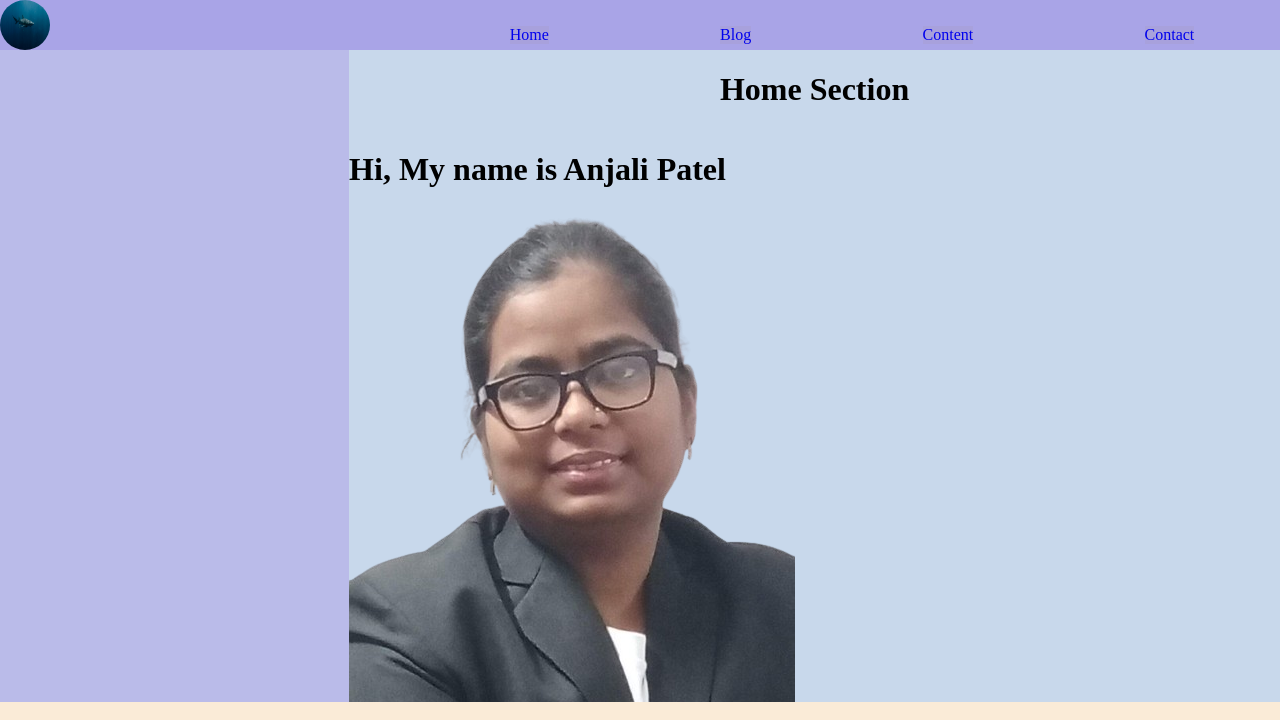
Repository: purnimapatel/fish-world
Page: index.html
The author's editor kept a copy of each file at every save. The page is drawn from the files as they stood at one save, then again after the next save.
The browser window is 1280 px wide. The pictures show the whole page.
An inner scrolling area shows only its first screen.

Above is the page before, as saved 2024-08-25 15:21:24.

### index.html
<!DOCTYPE html>
<html lang="en">
<head>
    <meta charset="UTF-8">
    <meta name="viewport" content="width=device-width, initial-scale=1.0">
    <title>Document</title>
    <link  rel = "stylesheet" type = "text/css" href = "style.css"/>

    <!-- <link rel="stylesheet" type="text/css" href="styles.css"> -->

</head>
<body>
    <div class=" container">
        <div class = "navbar">
            <div id="logo">
                <a href="https://www.google.com/" target=" _blank"><img  id = "img1"src = "\img\image1.jpg"></a>
            </div>
            <div id = "list-content">
                <ul id="list">
                    <a href="#home"><li>Home</li></a>
                    <a href ="#blog"><li>Blog</li></a>
                    <a href="#content"><li>Content</li></a>
                    <a href="#contact"><li>Contact</li></a>
                </ul>
            </div>

        </div>
        <div class="lower">
        <div class ="leftPanel">
        </div>
        <div class = "mainBody">
            <div id="home">
                <div id = "header">
                    <h1> Home Section</h1>
                </div>
               <div id = "home-content">
                <h1>Hi, My name is Anjali Patel</h1>
               </div>
               <div id = "about">
                <img src ="img/image2.png">
               </div>


            </div>
            <div id ="blog">
                <div id = "header">
                    <h1> Blogs</h1>
                </div>
                <p>Lorem ipsum dolor sit amet consectetur adipisicing elit.
                    <p>Lorem ipsum dolor sit amet consectetur adipisicing elit. Fuga laboriosam voluptas asperiores rem doloremque consequuntur corrupti aliquid ipsa sapiente labore, error et ut cum explicabo earum quos voluptatum repellendus unde.</p>
                    <p>Lorem ipsum dolor sit amet consectetur adipisicing elit. Fuga laboriosam voluptas asperiores rem doloremque consequuntur corrupti aliquid ipsa sapiente labore, error et ut cum explicabo earum quos voluptatum repellendus unde.</p>
                    <p>Lorem ipsum dolor sit amet consectetur adipisicing elit. Fuga laboriosam voluptas asperiores rem doloremque consequuntur corrupti aliquid ipsa sapiente labore, error et ut cum explicabo earum quos voluptatum repellendus unde.</p>
                    <p>Lorem ipsum dolor sit amet consectetur adipisicing elit. Fuga laboriosam voluptas asperiores rem doloremque consequuntur corrupti aliquid ipsa sapiente labore, error et ut cum explicabo earum quos voluptatum repellendus unde.</p>
                    <p>Lorem ipsum dolor sit amet consectetur adipisicing elit. Fuga laboriosam voluptas asperiores rem doloremque </p>
                </div>
                <div id="content">
                    <div id = "header">
                        <h1> Content</h1>
                    </div>
                    <p>Lorem ipsum dolor sit amet consectetur adipisicing elit. Fuga laboriosam voluptas asperiores rem doloremque consequuntur corrupti aliquid ipsa sapiente labore, error et ut cum explicabo earum quos voluptatum repellendus unde.</p>
                    <p>Lorem ipsum dolor sit amet consectetur adipisicing elit. Fuga laboriosam voluptas asperiores rem doloremque consequuntur corrupti aliquid ipsa sapiente labore, error et ut cum explicabo earum quos voluptatum repellendus unde.</p>
                    <p>Lorem ipsum dolor sit amet consectetur adipisicing elit. Fuga laboriosam voluptas asperiores rem doloremque consequuntur corrupti aliquid ipsa sapiente labore, error et ut cum explicabo earum quos voluptatum repellendus unde.</p>
                    <p>Lorem ipsum dolor sit amet consectetur adipisicing elit. Fuga laboriosam voluptas asperiores rem doloremque </p>

                </div>
                <div id="contact">
                    <div id = "header">
                        <h1>Contact US</h1>
                    </div>
                    <div id = contact-form>
                    <form>
                        <div>
                            <Label>Name</Label>
                            <div >
                                <input class = "input" id = "name" type ="text" placeholder="Enter Your name here">
                            </div>

                        </div>
                        <div>
                            <Label>Email</Label>
                            <div >
                                <input class = "input" id = "email" type ="text" placeholder="Enter Your email here">
                                <p class = "hidden" id = "para">Please enter valid email</p>
                            </div>

                        </div>
                        <div>
                            <Label>Password</Label>
                            <div >
                                <input class = "input" id = "password" type ="password" placeholder="Enter Your password here">
                            </div>

                        </div>
                        <div>
                            <Label>Confirm Password</Label>
                            <div >
                                <input class = "input" id = "cpassword" type ="password" placeholder="Re-enter Your password here">
                            </div>

                        </div>
                        <div id = "btn">
                            <input id ="sub" type ="submit" value ="Submit"onclick="validateEmail(); emptyInput();">
                            </div>


                    </form>
                    </div>

                </div>




        </div>
    </div>
    </div>
    <script src = "index.js"></script>
</body>
</html>

### style.css
body{
   margin: 0;
   padding:0;
   display: flex;
   height:100vh;
   align-items: center;
   justify-content: center;
}
.container{
    height: 100vh;
    width:100vw;
    background-color:antiquewhite;

}
.navbar{
    width:100vw;
    height:50px;
    background-color:rgb(169, 164, 231);
    margin-bottom: 0;
    display: flex;
    justify-content: space-between;

}
.lower{
    display: flex;
}
.leftPanel{
    margin-top: 0px;
    width:30%;
    height:90.5vh;
    background-color:rgb(186, 187, 233);
}
.mainBody{
    background-color:rgb(200, 216, 235);
    height: 90.5vh;
    width:80%;
    overflow: scroll;

}
#img1{
    height: 50px;
    width:50px;
    background-size: cover;
    border-radius: 50px;
    cursor:pointer;

}
#list{
    display: flex;
    padding-top: 10px;
    list-style-type: none;
    justify-content: space-around;
}
#list li{
    cursor: pointer;
    background-color:rgba(158, 139, 139, 0.119)
}
#list-content{
    width: 70%
}
a{
    text-decoration: none;
}
#header {
    display: flex;
    justify-content: center;
    align-items:center;
}
#contact-form{
    display: flex;
    justify-content: center;
    align-items:center;
}

#btn{
    display: flex;
    justify-content: center;
    align-items:center;

}

#para{
    color:red;
}
.hidden{
    display: none;
}
.input{
    padding:10px;
    margin:5px;
    border:none;
    border-radius: 20px;
}
#sub{
    padding:10px 20px;
    margin-top: 10px;

    background-color:antiquewhite;
    color:blueviolet;
    border:none;
    border-radius: 5px;
    cursor: pointer;
}

### index.js
const email = document.getElementById("email");
const password = document.getElementById("password");
const cpassword = document.getElementById("cpassword");
const message = document.getElementById("para");
let nameVal= document.getElementById("name");
let emailVal = document.getElementById("email");
let passwordVal = document.getElementById("password");
let cpasswordVal = document.getElementById("cpassword");

function validateEmail(){
    const emailFormat=/^[a-zA-Z0-9._%+-]+@[a-zA-Z0-9.-]+\.[a-zA-Z]{2,}$/;
    const val = email.value;
    if(emailFormat.test(val)){
        message.classList.add("hidden");
    }
    else{
        message.classList.remove("hidden");
    }
}
function emptyInput(){
    nameVal.value = "";
    emailVal.value="";
    passwordVal.value="";
    cpasswordVal.value = "";

}

After the next save:
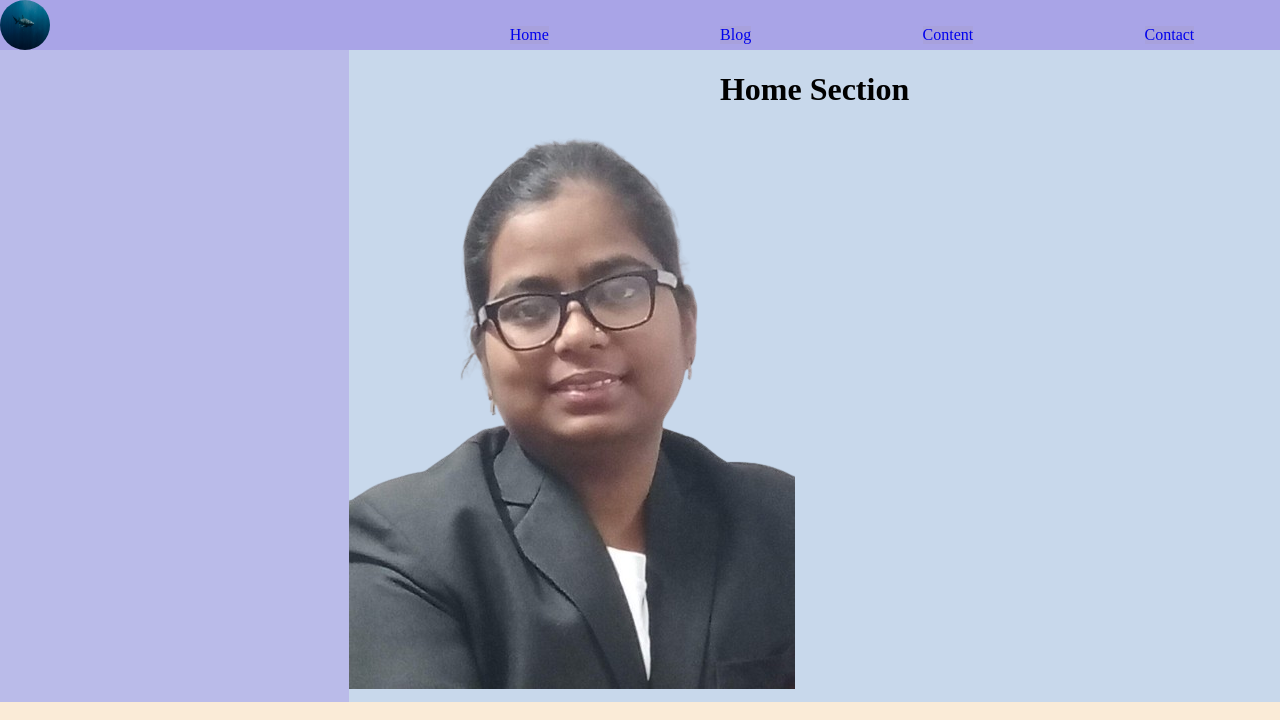
Saved 4 min 2 s later.
--- a/index.html
+++ b/index.html
@@ -34,11 +34,17 @@
                     <h1> Home Section</h1>
                 </div>
                <div id = "home-content">
-                <h1>Hi, My name is Anjali Patel</h1>
+
+                <div id = "image">
+                    <img src ="img/image2.png">
+                   </div>
+                   <div id = "about">
+                    <h1>Hi, My name is <span>Anjali Patel</span></h1>
+                    <p>I am a Software Developer.</p>
+                    <p>I love to work with React and Springboot Technologies</p>
+                   </div>
                </div>
-               <div id = "about">
-                <img src ="img/image2.png">
-               </div>
+
 
 
             </div>
